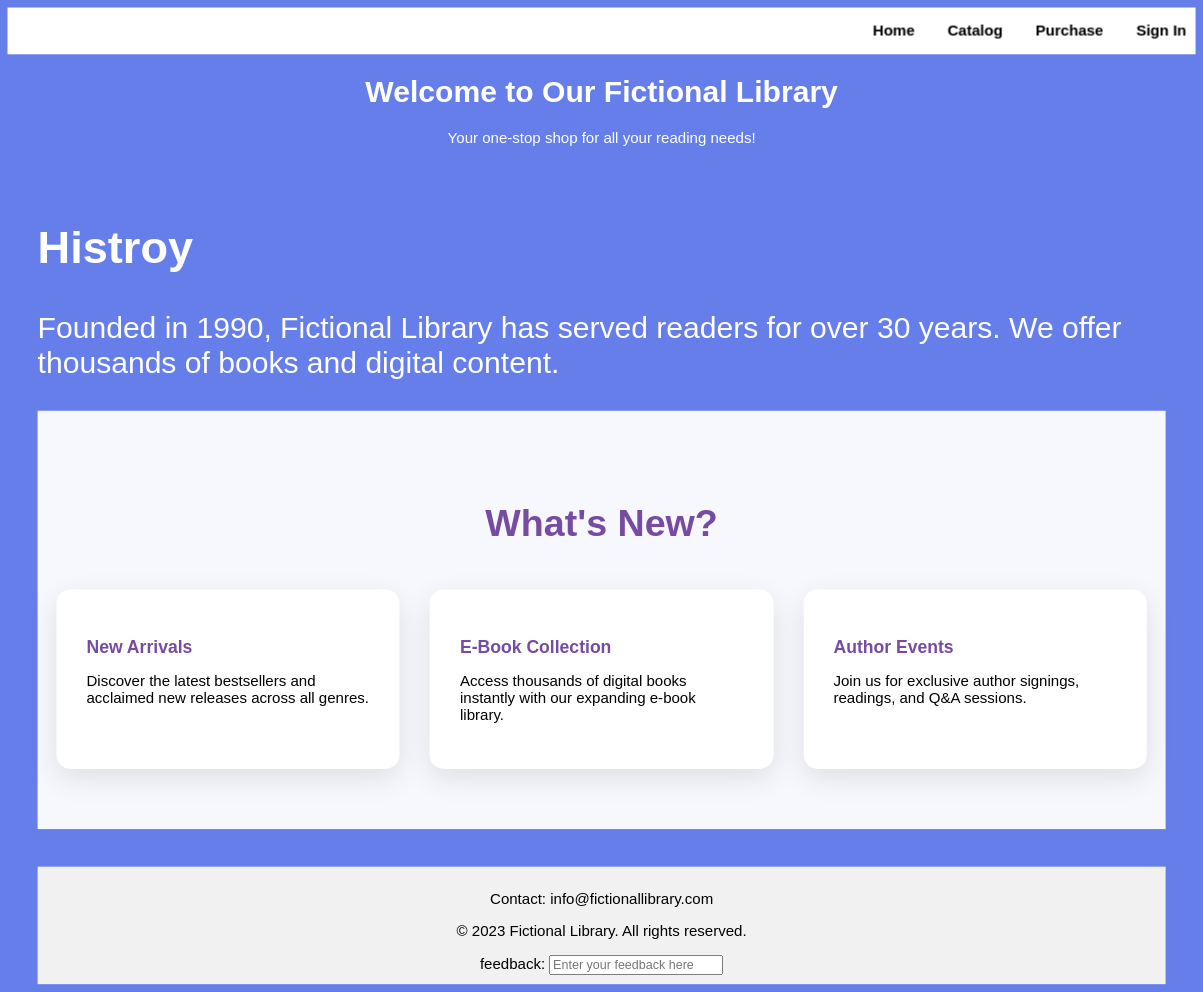
Repository: Ibrahim-Abohola/BookStore
Page: Homepage.html
The author's editor kept a copy of each file at every save. The page is drawn from the files as they stood at one save, then again after a run of saves.
The browser window is 1280 px wide. The pictures show the whole page, at 94% of full size.

Above is the page before, as saved 2025-07-16 01:13:38.

### Homepage.html
<!DOCTYPE html>
<html lang="en">
    <head>
    <meta charset="UTF-8">
    <meta name="viewport" content="width=device-width, initial-scale=1.0">
    <title>Bookstore</title>
    <link rel="stylesheet" href="styles.css">
    </head>
    <body>
        <nav class="top-nav">
    <ul>
      <li><a href="Homepage.html">Home</a></li>
      <li><a href="catalog.html">Catalog</a></li>
      <li><a href="purchase.html">Purchase</a></li>
      <li><a href="signin.html">Sign In</a></li>
    </ul>
  </nav>
        <div class = "container">
        <header class = "hero">
            <h1>Welcome to Our Fictional Library</h1>
            <p>Your one-stop shop for all your reading needs!</p>
            <!--img src="bookstore.jpg" alt="Bookstore Image" class="hero-image"-->
        </header>
        <section class = "intro">
                <h2>Histroy</h2>
                    <p>Founded in 1990, Fictional Library has served readers for over 30 years. We offer thousands of books and digital content.</p>
        </section>
        <section class = "highlights">
            <div class="container">
                    <h2>What's New?</h2>
            <div class="highlight-grid">
                    <div class="highlight-card">
                        <h3>New Arrivals</h3>
                        <p>Discover the latest bestsellers and acclaimed new releases across all genres.</p>
                    </div>
                    <div class="highlight-card">
                        <h3>E-Book Collection</h3>
                        <p>Access thousands of digital books instantly with our expanding e-book library.</p>
                    </div>
                    <div class="highlight-card">
                        <h3>Author Events</h3>
                        <p>Join us for exclusive author signings, readings, and Q&A sessions.</p>
                    </div>
                </div>
            </div>
        </section>

        <footer>
            <p>Contact: info@fictionallibrary.com</p>
            <p>&copy; 2023 Fictional Library. All rights reserved.</p>
            <form action="#">
                <label for="feedback">feedback:</label>
                <input type="text" id="feedback" name="feedback" placeholder="Enter your feedback here">
            </form>
        </footer>
        </div>

    </body>
</html>

### styles.css
body {
    font-family: sans-serif;
    background-color: #667eea;
}

.container {
    max-width: 1200px;
    margin: 0 auto;
    padding: 0 20px;
}

nav {
    background: rgba(255, 255, 255, 0.95);
    backdrop-filter: blur(10px);
    position: fixed;
    width: 100%;
    top: 0;
    z-index: 1000;
}
nav.top-nav {
  display: flex;
  justify-content: flex-end;
  background: white;
  position: sticky;
  z-index: 1000;
}
nav.top-nav ul {
  display: flex;
}
nav.top-nav ul li {
  margin-left: 15px;
}
nav.top-nav ul li a {
  color: black;
  font-weight: bold;

}
nav.top-nav ul li a:hover {
  background-color: #147749ea;
  border-radius: 4px;
}

nav .container {
    display: flex;
    justify-content: space-between;
    align-items: center;
}

nav ul {
    display: flex;
    list-style: none;
    background:white;

}

nav ul li a {
    color: white;
    margin: 0 10px;
    text-decoration: none;
}

.hero {
    color: white;
    text-align: center;
}
.intro {
    color: white;
    font-size: 2rem;
    margin-bottom: 1rem;
    margin-top: 80px;
}

.highlights {
    padding: 4rem 0;
    background: rgba(255, 255, 255, 0.95);
}

.highlights h2 {
    text-align: center;
    margin-bottom: 3rem;
    color: #764ba2;
    font-size: 2.5rem;
}

.highlight-grid {
    display: grid;
    grid-template-columns: repeat(auto-fit, minmax(300px, 1fr));
    width: 100%;
    gap: 2rem;
}

.highlight-card {
    background: white;
    padding: 2rem;
    border-radius: 15px;
    box-shadow: 0 10px 30px rgba(0, 0, 0, 0.1);
    transition: transform 0.3s ease;
}

.highlight-card h3 {
    color: #764ba2;
    margin-bottom: 1rem;
}

.signin-container {
    display: flex;
    justify-content: center;
    align-items: center;
    min-height: calc(100vh - 80px);
}

.signin-form {
    background: rgba(255, 255, 255, 0.95);
    padding: 3rem;
    border-radius: 20px;
    box-shadow: 0 15px 35px rgba(0, 0, 0, 0.1);
    width: 100%;
    max-width: 400px;
    backdrop-filter: blur(10px);
}

.signin-form h2 {
    text-align: center;
    margin-bottom: 2rem;
    color: #764ba2;
    font-size: 2rem;
}

.form-group {
    margin-bottom: 1.5rem;
}

.form-group label {
    display: block;
    margin-bottom: 0.5rem;
    font-weight: 500;
}

.form-group input {
    width: 100%;
    padding: 0.8rem;
    border: 2px solid #e0e0e0;
    border-radius: 10px;
    font-size: 1rem;
    transition: border-color 0.3s ease;
}

.form-group input:focus {
    outline: none;
    border-color: #764ba2;
}

.signin-btn {
    width: 100%;
    padding: 1rem;
    background: linear-gradient(135deg, #667eea 0%, #764ba2 100%);
    color: white;
    border: none;
    border-radius: 10px;
    font-size: 1.1rem;
    font-weight: 600;
    cursor: pointer;
    transition: transform 0.3s ease;
}

.signin-btn:hover {
    transform: translateY(-2px);
}

.catalog {
    display: flex;
    flex-wrap: wrap;
    gap: 20px;
    padding: 20px;
}

.catalog-header {
    padding: 2rem 0;
    background: rgba(255, 255, 255, 0.95);
    text-align: center;
}

.catalog-header h1 {
    color: #764ba2;
    font-size: 2.5rem;
    margin-bottom: 1rem;
}

.books-grid {
    display: grid;
    grid-template-columns: repeat(auto-fit, minmax(300px, 1fr));
    gap: 2rem;
    padding: 2rem 0;
}

.book-card {
    background: rgba(255, 255, 255, 0.95);
    border-radius: 15px;
    overflow: hidden;
    box-shadow: 0 10px 30px rgba(0, 0, 0, 0.1);
    transition: transform 0.3s ease;
}

.book-card:hover {
    transform: translateY(-5px);
}

.book-cover {
    width: 100%;
    height: 300px;
    background: linear-gradient(135deg, #667eea, #764ba2);
    display: flex;
    align-items: center;
    justify-content: center;
    color: white;
    font-size: 1.2rem;
    font-weight: bold;
}

.book-info {
    padding: 1.5rem;
}

.book-title {
    font-size: 1.3rem;
    font-weight: bold;
    margin-bottom: 0.5rem;
    color: #333;
}

.book-author {
    color: #666;
    margin-bottom: 0.5rem;
}

.book-genre {
    background: #764ba2;
    color: white;
    padding: 0.3rem 0.8rem;
    border-radius: 20px;
    font-size: 0.9rem;
    display: inline-block;
    margin-bottom: 1rem;
}

.availability {
    font-weight: bold;
    margin-bottom: 1rem;
}

.available {
    color: #28a745;
}

.unavailable {
    color: #dc3545;
}

.purchase-btn {
    width: 100%;
    padding: 0.8rem;
    background: linear-gradient(135deg, #667eea, #764ba2);
    color: white;
    border: none;
    border-radius: 10px;
    font-weight: 600;
    cursor: pointer;
    transition: transform 0.3s ease;
}

.purchase-btn:hover {
    transform: translateY(-2px);
}

.purchase-btn:disabled {
    background: #ccc;
    cursor: not-allowed;
    transform: none;
}

.purchase-container {
    padding: 2rem 0;
    min-height: calc(100vh - 80px);
}

.purchase-content {
    display: grid;
    grid-template-columns: 1fr 1fr;
    gap: 3rem;
    max-width: 1000px;
    margin: 0 auto;
}

.book-details {
    background: rgba(255, 255, 255, 0.95);
    padding: 2rem;
    border-radius: 15px;
    box-shadow: 0 10px 30px rgba(0, 0, 0, 0.1);
}

.purchase-form-container {
    background: rgba(255, 255, 255, 0.95);
    padding: 2rem;
    border-radius: 15px;
    box-shadow: 0 10px 30px rgba(0, 0, 0, 0.1);
}

.purchase-form h2 {
    color: #764ba2;
    margin-bottom: 1.5rem;
}

.price {
    font-size: 1.5rem;
    font-weight: bold;
    color: #764ba2;
    margin: 1rem 0;
}

.book {
    border: 1px solid #ccc;
    padding: 10px;
    width: calc(33.333% - 40px);
}

footer {
    margin-top: 40px;
    padding: 10px;
    background: #f1f1f1;
    text-align: center;
}

After the next 5 saves:
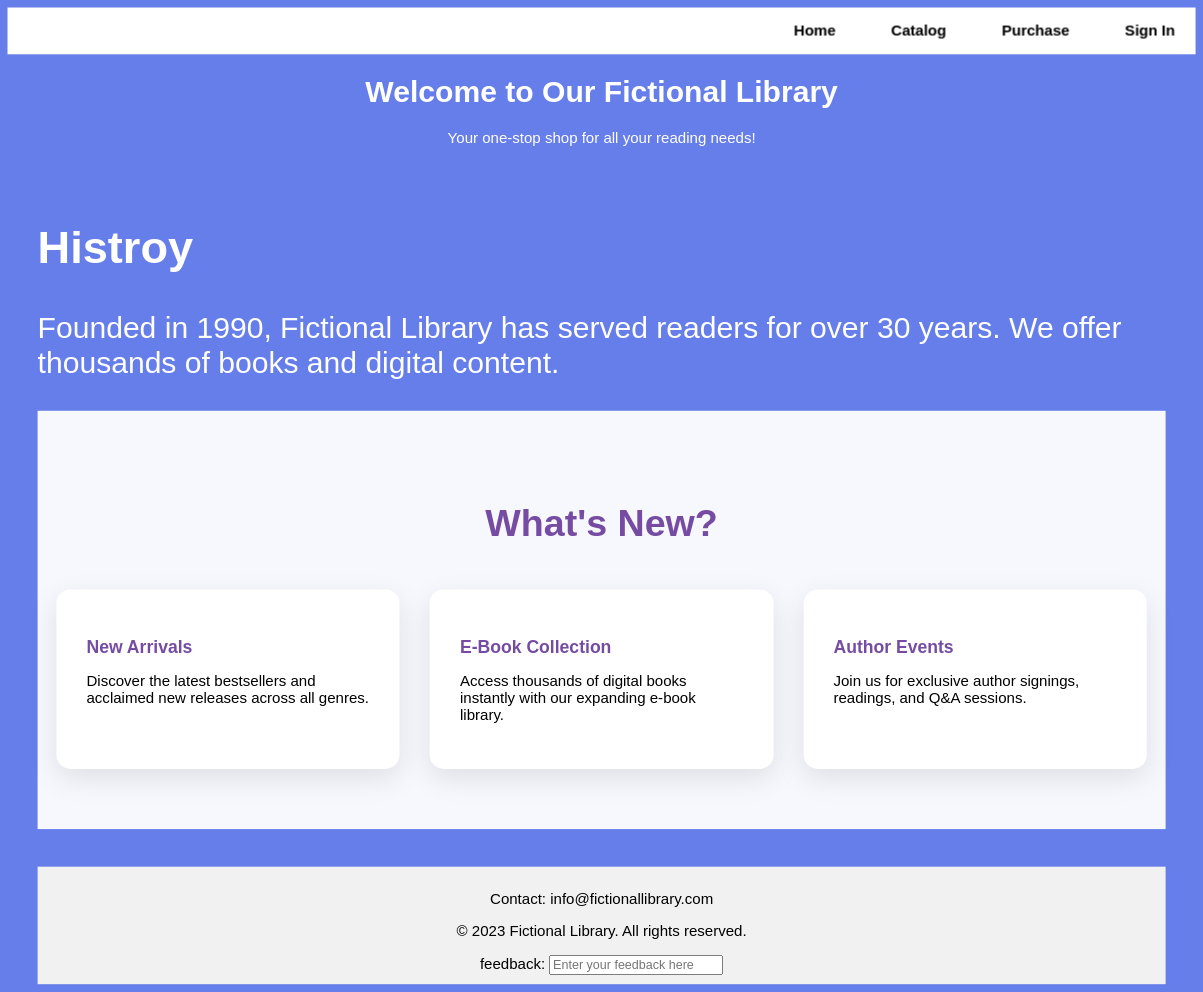
The 5 saves are shown as one change because they came seconds apart.
The last was saved 31 s later.
--- a/styles.css
+++ b/styles.css
@@ -12,6 +12,7 @@ body {
 nav {
     background: rgba(255, 255, 255, 0.95);
     backdrop-filter: blur(10px);
+    padding: 1rem 0;
     position: fixed;
     width: 100%;
     top: 0;
@@ -26,6 +27,8 @@ nav.top-nav {
 }
 nav.top-nav ul {
   display: flex;
+  margin: 0;
+  padding: 0;
 }
 nav.top-nav ul li {
   margin-left: 15px;
@@ -33,7 +36,7 @@ nav.top-nav ul li {
 nav.top-nav ul li a {
   color: black;
   font-weight: bold;
-
+  padding: 8px 12px;
 }
 nav.top-nav ul li a:hover {
   background-color: #147749ea;
@@ -50,7 +53,7 @@ nav ul {
     display: flex;
     list-style: none;
     background:white;
-
+    padding: 10px;
 }
 
 nav ul li a {
